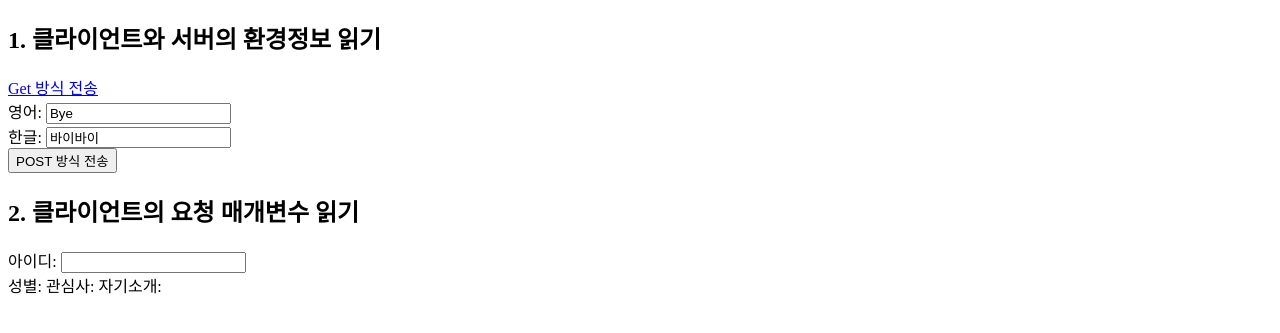
Repository: bhj305/JSP_Servlet
Page: http://localhost/MustHaveJSP/02ImplicitObject/RequestMain.jsp
An editor plug-in stored every save of this project. The page is shown before and after the next save, followed by the edit.
The browser window is 1280 px wide. The pictures show the whole page.
The page is served by Tomcat 10.

Above is the page before, as saved 2025-05-02 05:50:24.

After the next save:
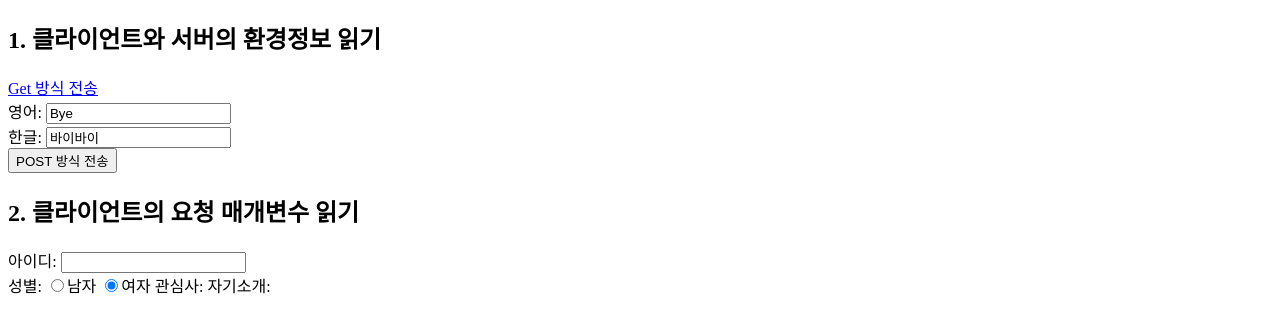
Saved 66 s later.
--- a/MustHaveJSP/src/main/webapp/02ImplicitObject/RequestMain.jsp
+++ b/MustHaveJSP/src/main/webapp/02ImplicitObject/RequestMain.jsp
@@ -21,7 +21,8 @@
 		<h2>2. 클라이언트의 요청 매개변수 읽기</h2>
 		<form method="post" action="RequestParameter.jsp">
 			아이디: <input type="text" name="id" value="" /><br/>
-			성별:
+			성별: <input type="radio" name="gender" value="man" />남자
+			<input type="radio" name="gender" value="woman" checked = "checked"/>여자
 			관심사:
 			자기소개:
 		</form>
